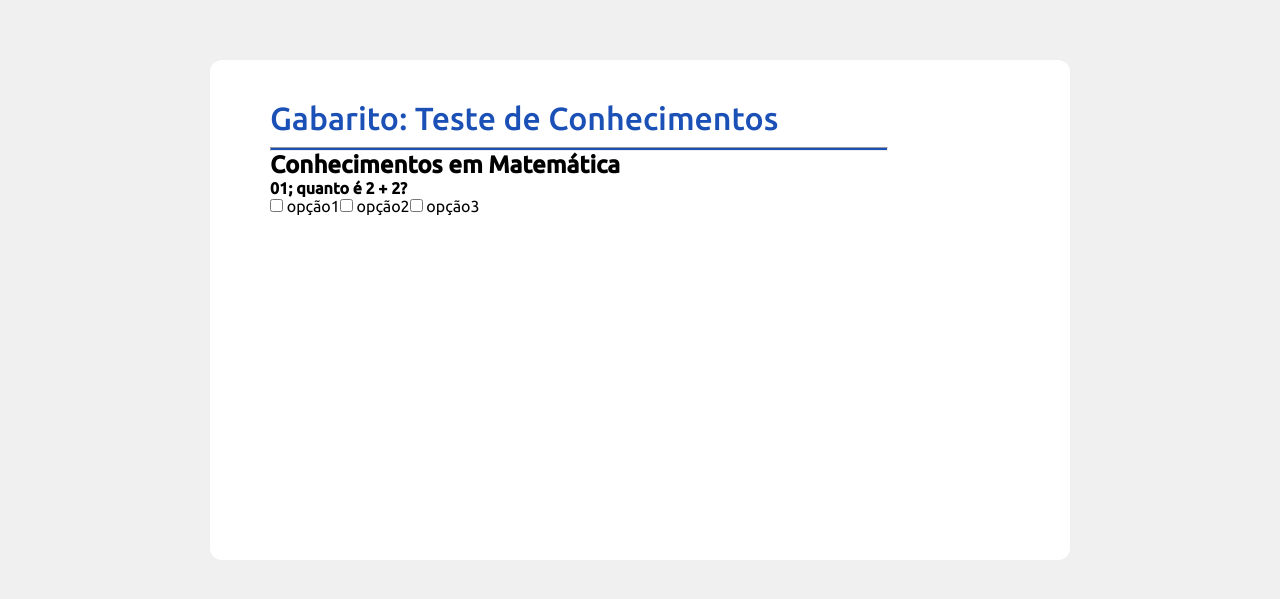
Repository: Delei09/desafioPerguntas
Page: / (app in frontend/)
An editor plug-in stored every save of this project. The page is shown before and after the next save, followed by the edit.
The browser window is 1280 px wide. The pictures show the whole page.
The project was rebuilt for these pictures with package versions that can differ from the ones it lists, and the page was loaded fresh each time.

Above is the page before, as saved 2021-08-18 09:16:44.

After the next save:
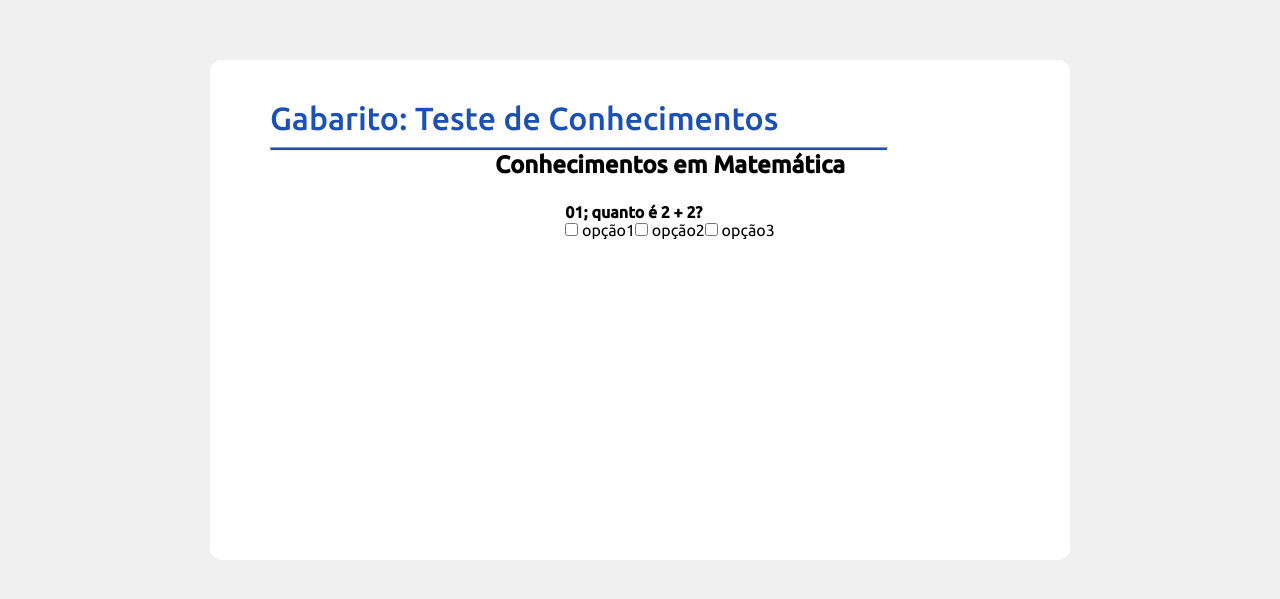
Saved 24 s later.
--- a/frontend/src/components/Main.tsx
+++ b/frontend/src/components/Main.tsx
@@ -1,4 +1,5 @@
 import React from 'react';
+import '../styles/main.scss'
 
 type mainType = {
  titulo : string
